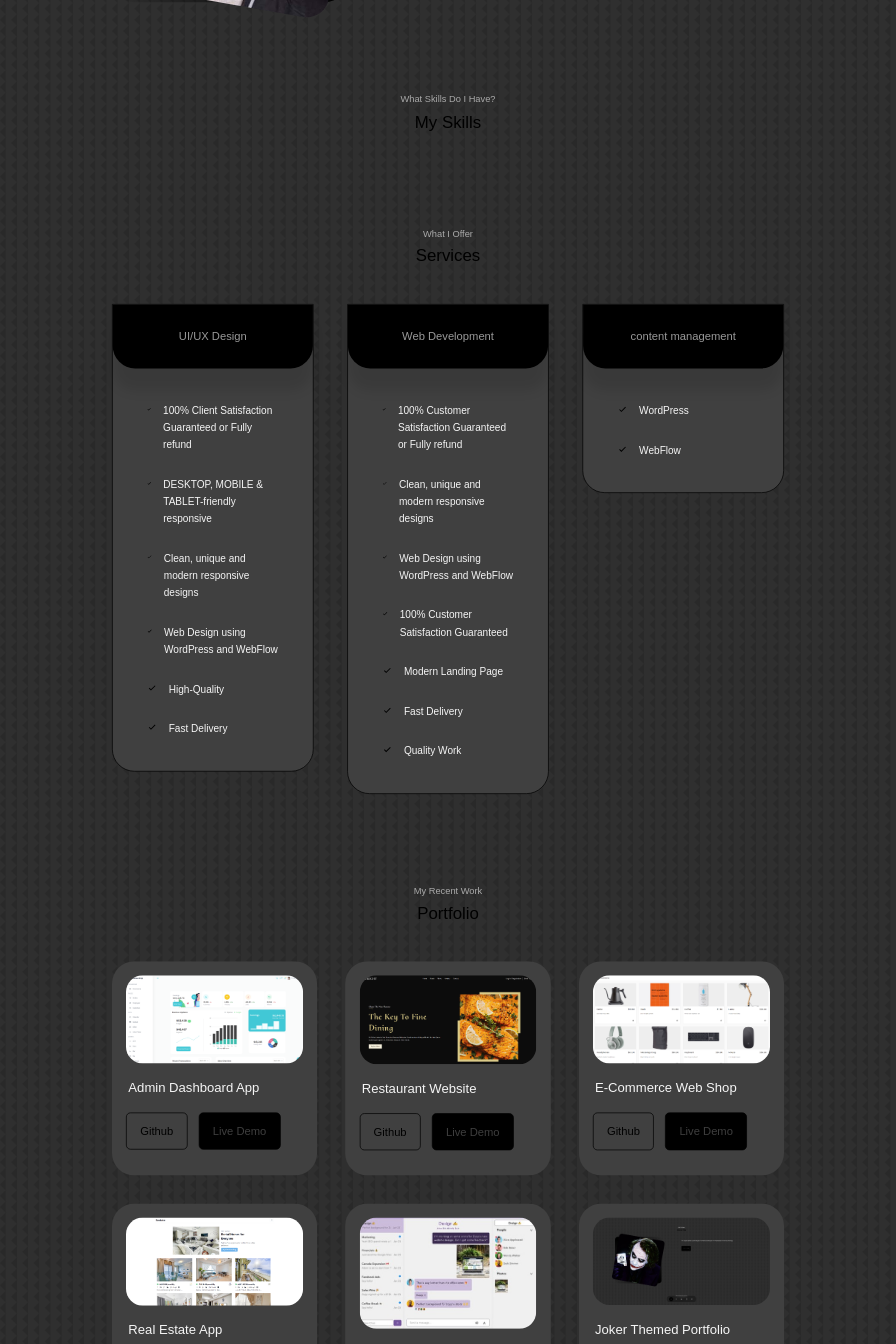
Repository: Z-Bahaa/project_joker_react_portfolio
Page: /
The author's editor kept a copy of each file at every save. The page is drawn from the files as they stood at one save, then again after a run of saves.
The browser window is 1280 px wide. The pictures show the part of the page from y = 1436 to 3356 px (the page is 4795 px tall before and 4870 px after), at 70% of full size.
Some web fonts or font styles are not loaded; a fallback is used. The project was rebuilt for these pictures with package versions that can differ from the ones it lists, and the page was loaded fresh each time. Also part of the build but not shown: src/components/experience/experience.css. Imported but missing from the stored project, and not drawn on this page: src/assets/resume.pdf.

Above is the page before, as saved 2023-08-20 23:43:38.

After the next 2 saves:
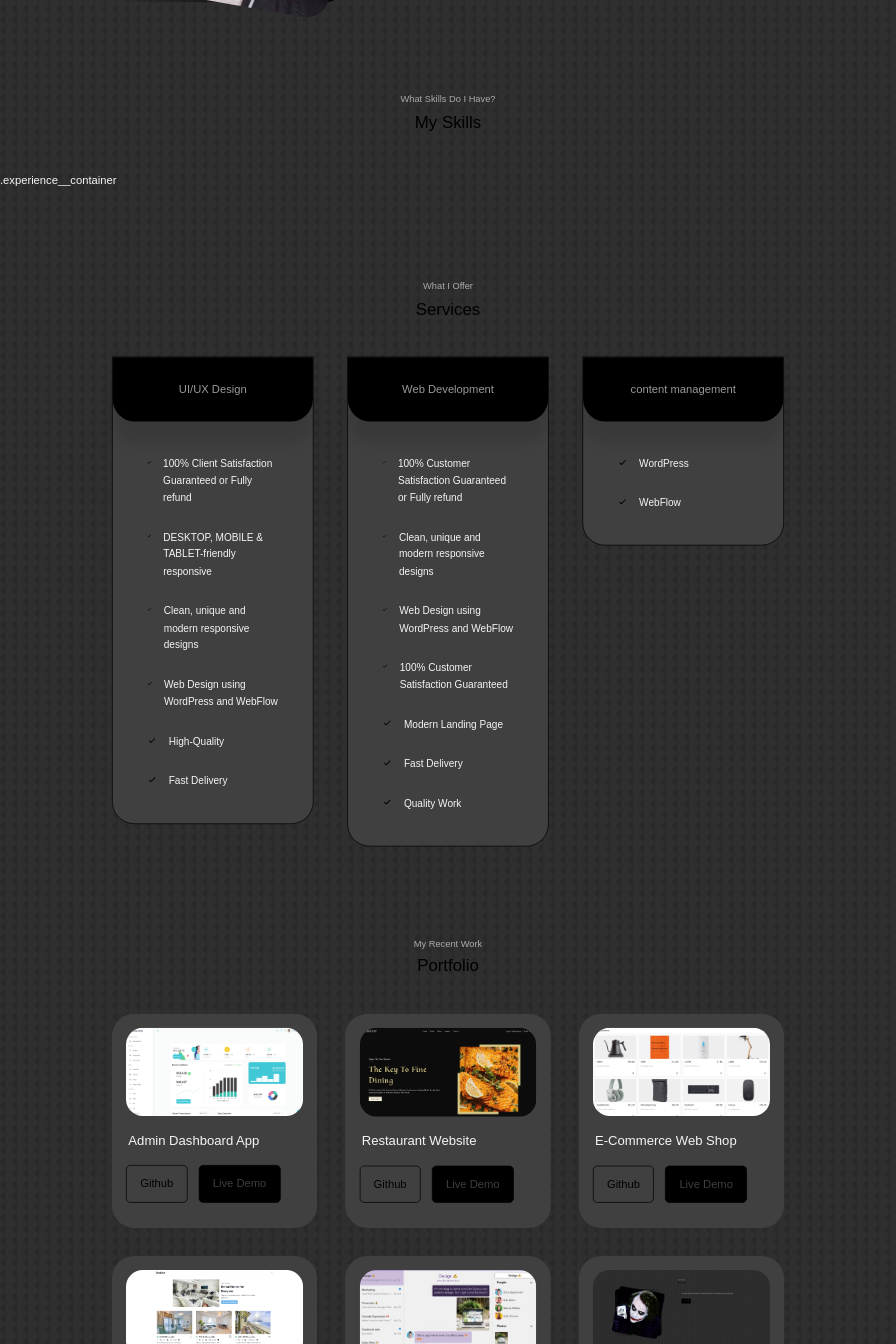
The 2 saves are shown as one change because they came seconds apart.
The last was saved 25 s later.
--- a/src/components/experience/Experience.jsx
+++ b/src/components/experience/Experience.jsx
@@ -7,7 +7,7 @@
     <div className="section" id="experience">
     <h5>What Skills Do I Have?</h5>
     <h2>My Skills</h2>
-
+    .experience__container
     </div>
   )
 }
